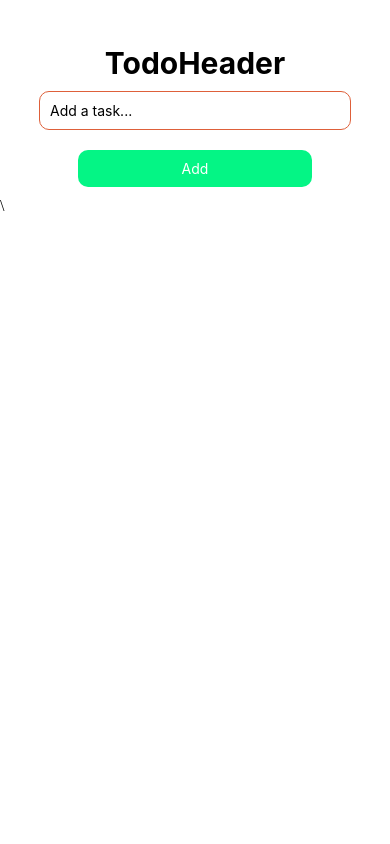
Repository: itadori17/Redux-Todo
Screen: /
These files come from the project's save history. The screen is drawn as it stood at one moment and after a run of saves; the edit follows.
The app was drawn by React Native's web renderer in a window 390 px wide. The project was rebuilt for these pictures with package versions that can differ from the ones it lists, and the page was loaded fresh each time.

Above is the screen before, as saved 2022-08-16 16:34:52.

### App.js
import { StatusBar } from 'expo-status-bar';
import { StyleSheet, Text, View, SafeAreaView } from 'react-native';

//importing Todo
import TodoHeader from './src/components/TodoHeader';
//importing Todolist
import TodoList from './src/components/TodoList';
export default function App() {

  const RootApp = () => {
    return (
      <SafeAreaView>
        <TodoHeader/>\
      </SafeAreaView>
    );
  };

  return (
    <View>
      <RootApp/>
    </View>
  );
}

### src/components/TodoHeader.js
import { StyleSheet, Text, TextInput, TouchableOpacity, View } from 'react-native';
import React, {useState} from 'react';

const TodoHeader = () => {

    const [todo, setTodo] = useState('');

    return (
        <View>
            <Text style={{
                fontSize: 30,
                fontWeight: 'bold',
                textAlign: 'center',
                marginTop: 45,
            }}
            >
             TodoHeader
                </Text>
                <View
                    style={{
                        justifyContent: 'center',
                        alignItems: 'center',
                    }}
                >
                <TextInput
                    style={{
                        borderColor: '#DE603A',
                        borderWidth: 1,
                        padding: 10,
                        margin: 10,
                        width: '80%',
                        borderRadius: 10,
                    }}
                    placeholder="Add a task..."
                    onChangeText={(text) => setTodo(text)}
                    value={todo}
                />
                <TouchableOpacity
                style={{
                    backgroundColor: '#04F585',
                    padding: 10,
                    margin: 10,
                    width: '60%',
                    borderRadius: 10,
                    alignItems: 'center',

                }}
                onPress={() => {
                    setTodo('');
                }}
                >
                    <Text style={{ color: 'white' }} >Add</Text>
                </TouchableOpacity>
                </View>
        </View>
    );
};

export default TodoHeader;

const styles = StyleSheet.create({

});

### src/components/TodoList.js
import { StyleSheet, Text, View } from 'react-native'
import React from 'react'

const TodoList = () => {
  return (
    <View>
      <Text>TodoList</Text>
    </View>
  )
}

export default TodoList

const styles = StyleSheet.create({})

After the next 3 saves:
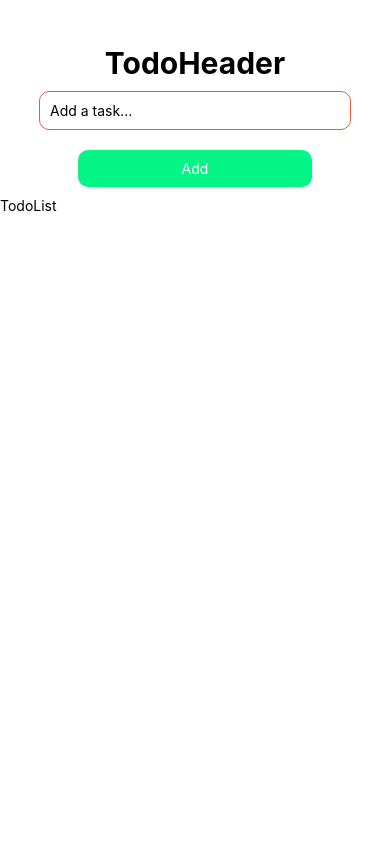
The 3 saves are shown as one change because they came seconds apart.
The last was saved 8 s later.
--- a/App.js
+++ b/App.js
@@ -10,7 +10,8 @@ export default function App() {
   const RootApp = () => {
     return (
       <SafeAreaView>
-        <TodoHeader/>\
+        <TodoHeader/>
+        <TodoList/>
       </SafeAreaView>
     );
   };
